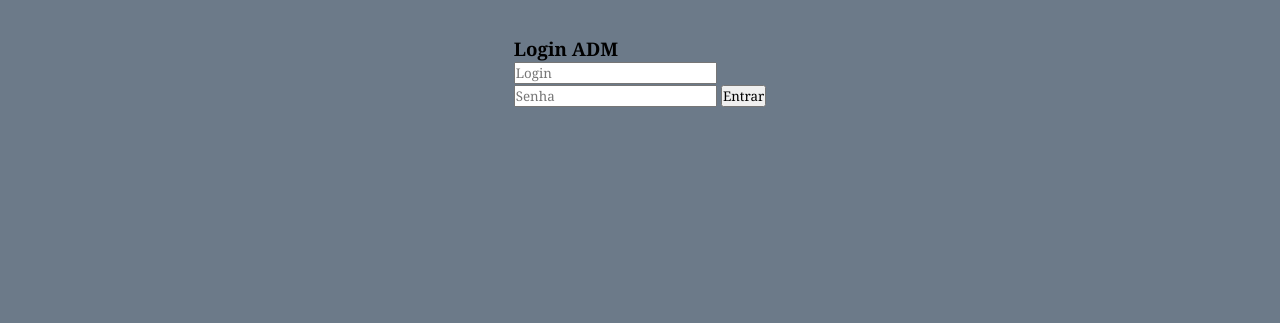
Repository: ArthurKJun/ProjetoCantinaEclipse
Page: http://localhost/arsan/loginAdministrador.jsp
An editor plug-in stored every save of this project. The page is shown before and after the next save, followed by the edit.
The browser window is 1280 px wide. The pictures show the whole page.
The page is served by Tomcat 9.

Above is the page before, as saved 2023-11-03 22:01:06.
Console error: SyntaxError: Unexpected identifier 'login'

After the next save:
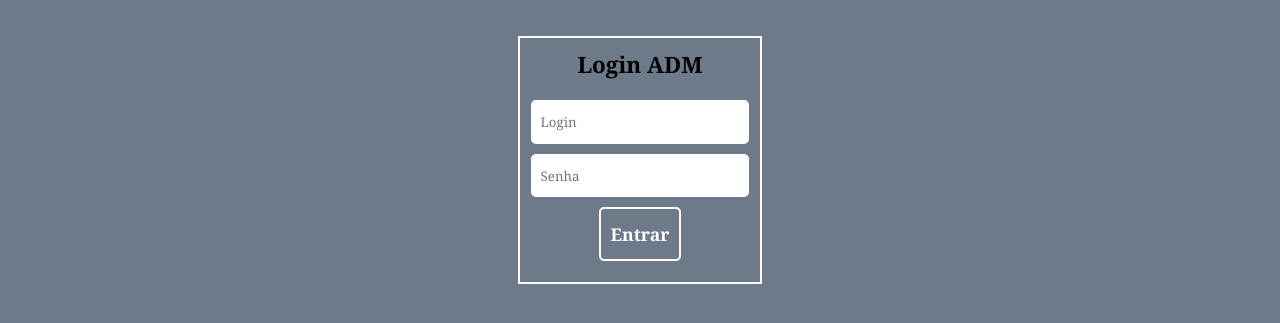
Saved 43 s later.
--- a/arsan/src/main/webapp/loginAdministrador.jsp
+++ b/arsan/src/main/webapp/loginAdministrador.jsp
@@ -20,7 +20,7 @@
 
 			<div id="form-inner">
 
-
+				<form action="entrada.jsp" id="register-form">
 					<h3>Login ADM</h3>
 					<div id="name-container">
 
@@ -30,9 +30,14 @@
 
 					<input type="password" name="senha" id="senha" placeholder="Senha">
 
-                    <button onclick="logar()">Entrar</button>
+                    <input type="submit" value="Entrar" onclick="logar()">
+
+
+				</form>
+
 
 			</div>
+
 
 		</div>
 	</div>
